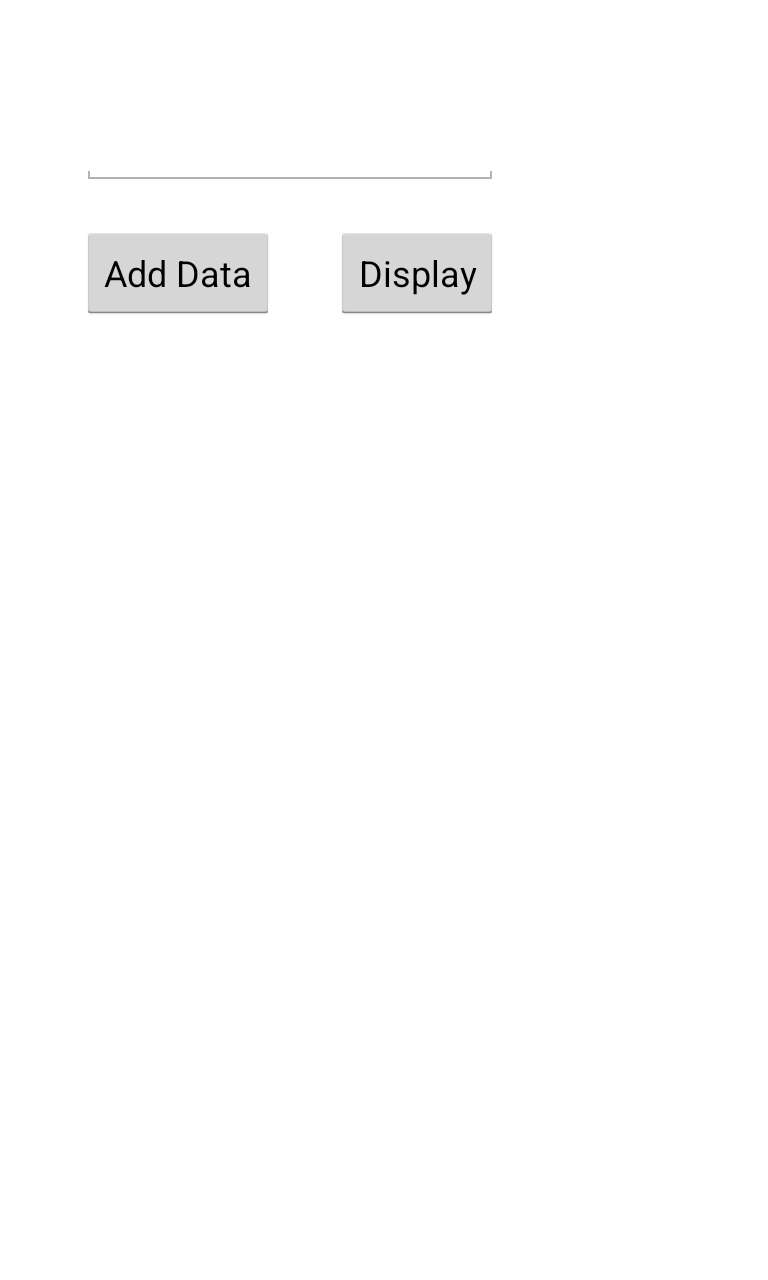
Repository: MadhuHS/JECM3
Layout: SqliteDemo/res/layout/activity_main.xml
An editor plug-in stored every save of this project. The layout is shown before and after the next save, followed by the edit.
It is drawn on a 768 x 1280 px phone screen (xhdpi) without system bars, with theme AppTheme; the app's code is not run.

Above is the layout before, as saved 2015-12-20 04:12:23.

After the next save:
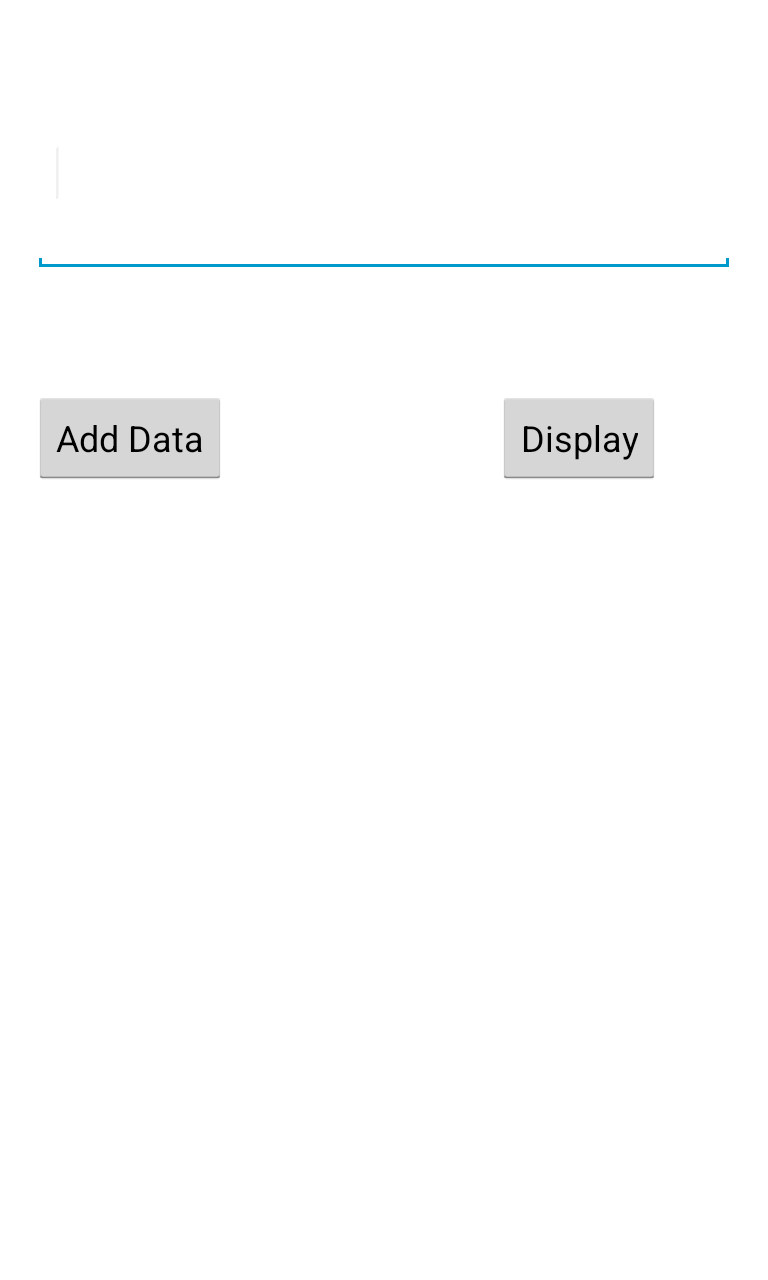
Saved 30 s later.
--- a/SqliteDemo/res/layout/activity_main.xml
+++ b/SqliteDemo/res/layout/activity_main.xml
@@ -8,23 +8,13 @@
     android:paddingTop="@dimen/activity_vertical_margin"
     tools:context=".MainActivity" >
 
-    <EditText
-        android:id="@+id/editText1"
-        android:layout_width="wrap_content"
-        android:layout_height="wrap_content"
-        android:layout_alignParentLeft="true"
-        android:layout_alignParentTop="true"
-        android:layout_marginLeft="24dp"
-        android:layout_marginTop="38dp"
-        android:ems="10" />
-
     <Button
         android:id="@+id/buttonadd"
         android:layout_width="wrap_content"
         android:layout_height="wrap_content"
         android:layout_alignLeft="@+id/editText1"
         android:layout_below="@+id/editText1"
-        android:layout_marginTop="19dp"
+        android:layout_marginTop="58dp"
         android:text="Add Data" />
 
     <Button
@@ -33,7 +23,21 @@
         android:layout_height="wrap_content"
         android:layout_alignBaseline="@+id/buttonadd"
         android:layout_alignBottom="@+id/buttonadd"
-        android:layout_alignRight="@+id/editText1"
+        android:layout_alignParentRight="true"
+        android:layout_marginRight="37dp"
         android:text="Display" />
 
+    <EditText
+        android:id="@+id/editText1"
+        android:layout_width="wrap_content"
+        android:layout_height="100dp"
+        android:layout_alignParentLeft="true"
+        android:layout_alignParentRight="true"
+        android:layout_alignParentTop="true"
+        android:layout_marginTop="21dp"
+        android:ems="10" >
+
+        <requestFocus />
+    </EditText>
+
 </RelativeLayout>
